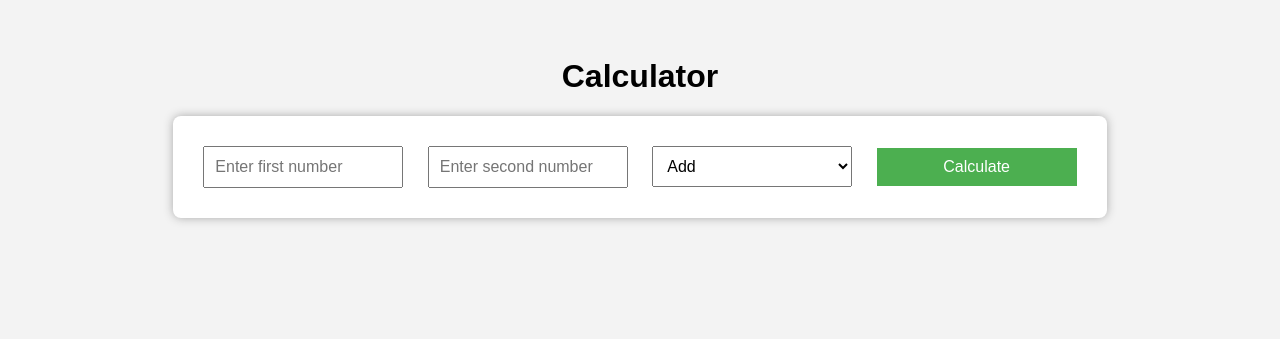
Repository: Shivamupa48/Java-Servlet-Project-
Page: http://localhost/MyWebCalc/index.jsp
These files come from the project's save history. The page is drawn as it stood at one moment and after the next save; the edit follows.
The browser window is 1280 px wide. The pictures show the whole page.
The page is served by Tomcat 10.

Above is the page before, as saved 2025-07-28 06:05:33.

After the next save:
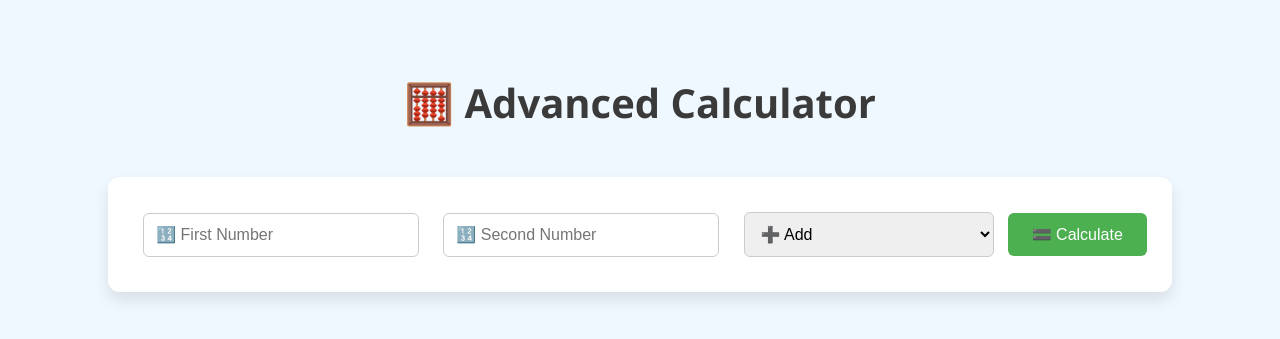
Saved 13 s later.
--- a/MyWebCalc/src/main/webapp/index.jsp
+++ b/MyWebCalc/src/main/webapp/index.jsp
@@ -1,24 +1,28 @@
 <%@ page contentType="text/html;charset=UTF-8" %>
+<!DOCTYPE html>
 <html>
 <head>
-    <title>Simple Calculator</title>
+    <title>🧮 Advanced Calculator</title>
     <link rel="stylesheet" href="style.css">
 </head>
 <body>
-    <h1>Calculator</h1>
-   <form method="post" action="CalculatorServlet">
-    <input type="text" name="num1" placeholder="Enter first number" required />
-    <input type="text" name="num2" placeholder="Enter second number" required />
-    <select name="operator">
-        <option value="add">Add</option>
-        <option value="subtract">Subtract</option>
-        <option value="multiply">Multiply</option>
-        <option value="divide">Divide</option>
-    </select>
-    <button type="submit">Calculate</button>
-</form>
+    <h1>🧮 Advanced Calculator</h1>
 
-    <p style="color:red;">
+    <form method="post" action="CalculatorServlet">
+        <input type="text" name="num1" placeholder="🔢 First Number" required />
+        <input type="text" name="num2" placeholder="🔢 Second Number" required />
+
+        <select name="operator" required>
+            <option value="add">➕ Add</option>
+            <option value="subtract">➖ Subtract</option>
+            <option value="multiply">✖️ Multiply</option>
+            <option value="divide">➗ Divide</option>
+        </select>
+
+        <button type="submit">🟰 Calculate</button>
+    </form>
+
+    <p class="error">
         <%= request.getAttribute("error") != null ? request.getAttribute("error") : "" %>
     </p>
 </body>
--- a/MyWebCalc/src/main/webapp/style.css
+++ b/MyWebCalc/src/main/webapp/style.css
@@ -1,32 +1,64 @@
 body {
-    font-family: Arial, sans-serif;
-    background: #f3f3f3;
+    font-family: 'Segoe UI', sans-serif;
+    background: #f0f8ff;
     text-align: center;
-    padding: 50px;
+    padding: 40px;
+    color: #333;
+}
+
+h1 {
+    font-size: 2.5em;
+    color: #3a3a3a;
 }
 
 form {
-    background: #fff;
-    padding: 20px;
+    background: #ffffff;
+    padding: 25px;
     display: inline-block;
-    border-radius: 8px;
-    box-shadow: 0 0 10px #aaa;
+    border-radius: 12px;
+    box-shadow: 0 8px 15px rgba(0, 0, 0, 0.1);
+    margin-top: 20px;
 }
 
-input, select, button {
+input, select {
+    padding: 12px;
     margin: 10px;
-    padding: 10px;
-    width: 200px;
+    width: 250px;
     font-size: 16px;
+    border-radius: 6px;
+    border: 1px solid #ccc;
 }
 
 button {
+    padding: 12px 24px;
     background-color: #4CAF50;
     color: white;
     border: none;
+    font-size: 16px;
+    border-radius: 6px;
     cursor: pointer;
 }
 
 button:hover {
     background-color: #45a049;
 }
+
+.error {
+    color: red;
+    margin-top: 15px;
+}
+
+.result {
+    font-size: 24px;
+    color: #0066cc;
+    margin-bottom: 20px;
+}
+
+a.btn {
+    text-decoration: none;
+    padding: 10px 20px;
+    background-color: #f39c12;
+    color: white;
+    border-radius: 5px;
+    font-weight: bold;
+}
